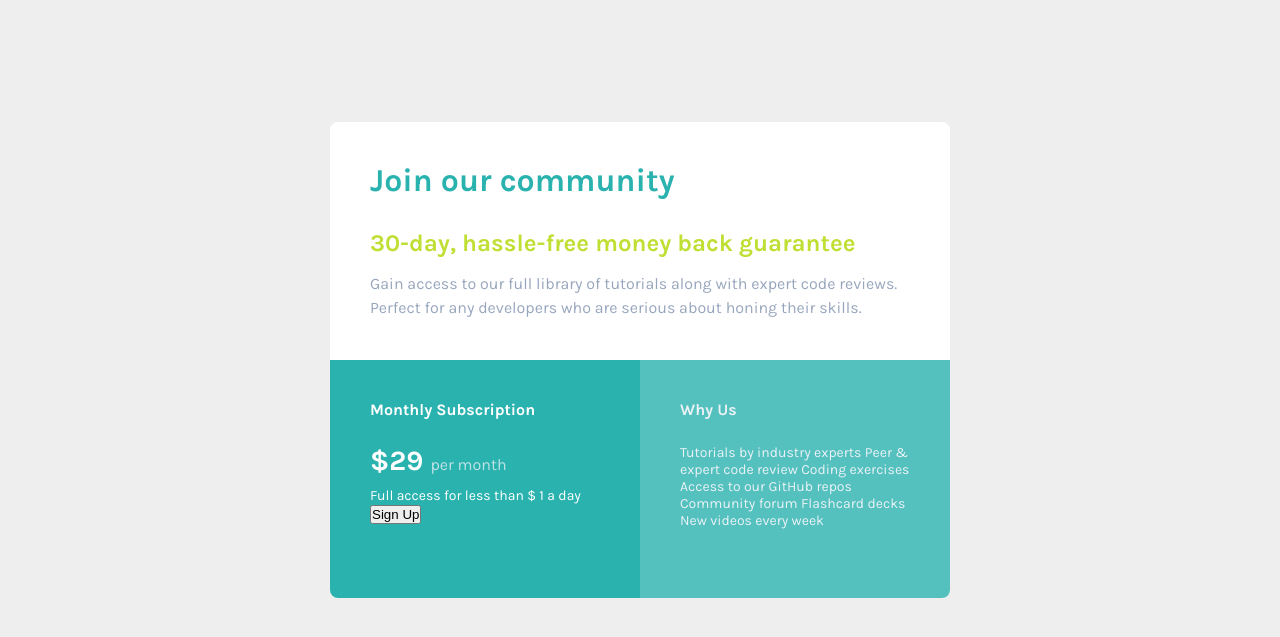
Repository: Akashiii1/WebSingleGrid_Day3
Page: index.html
These files come from the project's save history. The page is drawn as it stood at one moment and after the next save; the edit follows.
The browser window is 1280 px wide. The pictures show the whole page.

Above is the page before, as saved 2021-12-22 01:58:20.

### index.html
<!DOCTYPE html>
<html lang="en">
  <head>
    <meta charset="UTF-8" />
    <meta name="viewport" content="width=device-width, initial-scale=1.0" />
    <!-- displays site properly based on user's device -->

    <link
      rel="icon"
      type="image/png"
      sizes="32x32"
      href="./images/favicon-32x32.png"
    />

    <title>Frontend Mentor | Single Price Grid Component</title>

    <!-- Feel free to remove these styles or customise in your own stylesheet 👍 -->
    <link rel="stylesheet" href="style.css" />
    <style>
      .attribution {
        font-size: 11px;
        text-align: center;
      }
      .attribution a {
        color: hsl(228, 45%, 44%);
      }
    </style>
  </head>
  <body>
    <!-- Join our community

  30-day, hassle-free money back guarantee

  Gain access to our full library of tutorials along with expert code reviews.
  Perfect for any developers who are serious about honing their skills.

  Monthly Subscription

  &dollar;29 per month

  Full access for less than &dollar;1 a day

  Sign Up

  Why Us

  Tutorials by industry experts
  Peer &amp; expert code review
  Coding exercises
  Access to our GitHub repos
  Community forum
  Flashcard decks
  New videos every week -->
    <div class="wrapper">
      <div class="container">
        <div class="box item1">
          <h1>Join our community</h1>
          <h3>30-day, hassle-free money back guarantee</h3>
          <p>
            Gain access to our full library of tutorials along with expert code
            reviews. Perfect for any developers who are serious about honing
            their skills.
          </p>
        </div>
        <div class="box item2">
          <h4>Monthly Subscription</h4>
          <span>&dollar;29 <span class="light">per month</span> </span>
          <p>Full access for less than &dollar; 1 a day</p>
          <button class="btn">Sign Up</button>
        </div>
        <div class="box item3">
          <h4>Why Us</h4>
          <p>
            Tutorials by industry experts Peer &amp; expert code review Coding
            exercises Access to our GitHub repos Community forum Flashcard decks
            New videos every week
          </p>
        </div>
      </div>
    </div>
    <!-- <footer>
    <p class="attribution">
      Challenge by <a href="https://www.frontendmentor.io?ref=challenge" target="_blank">Frontend Mentor</a>.
      Coded by <a href="#">Your Name Here</a>.
    </p>
  </footer> -->
  </body>
</html>

### style.css

@import url('https://fonts.googleapis.com/css2?family=Karla:wght@400;700&display=swap');
:root{
  --Cyan: hsl(179, 62%, 43%);
 --BrightYellow: hsl(71, 73%, 54%);
 --LightGray: hsl(204, 43%, 93%);
 --GrayishBlue: hsl(218, 22%, 67%);
}
html {
box-sizing: border-box;
}
*{
margin: 0;
padding: 0;
}
*,*:before,*:after {
box-sizing: border-box;
}
input,
textarea,
select,
button{
outline: none;
}
input{
line-height: normal;
}
label,
button{
cursor: pointer;
}
a {
text-decoration: none;
}
img {
display: block;
max-width: 100%;
}
body{
  font-family: 'Karla', sans-serif;
  display: flex;
  justify-content: center;
  align-items: center;
  min-height: 100vh;
  background-color: #eee;
}
.wrapper{
  max-width: 620px;
  background-color: #fff;
  border-radius: 8px;
  overflow: hidden;
}
.container{
  display: grid;
  grid-template-columns:1fr 1fr;
  grid-template-rows: 1fr 1fr;
  grid-template-areas:"it1 it1"
                      "it2 it3";
}
.item1{
  grid-area: it1;
}
.item2{
  grid-area: it2;

}
.item3{
  grid-area: it3;
}
.box{
  padding: 40px;
}
.item1 h1{
  font-size: 32px;
  color:var(--Cyan) ;
  margin-bottom: 30px;
}
.item1 h3{
  color: var(--BrightYellow);
  font-size: 24px;
  margin-bottom: 15px;
}
.item1 p{
  color: var(--GrayishBlue);
  font-weight: 400;
  line-height: 1.5;

}
.item2 {
  background-color: var(--Cyan);
  color: #fff;
}
.item2 h4{
  margin-bottom: 25px;
}
.item2 span{
  font-size: 28px;
  font-weight: 600;

}
.item2 span .light{
  font-size: 16px;
  color: var(--LightGray);
  font-weight: lighter;
  opacity: .8;
}
.item2 p{
  margin-top: 10px;
  font-size: 14px;
}
.item3{
  background-color: var(--Cyan);
  opacity: .8;
  color: var(--LightGray);
}
.item3 h4{
  margin-bottom: 25px;
}
.item3 p{
  font-size: 14px;
  color: var(--LightGray);
}

After the next save:
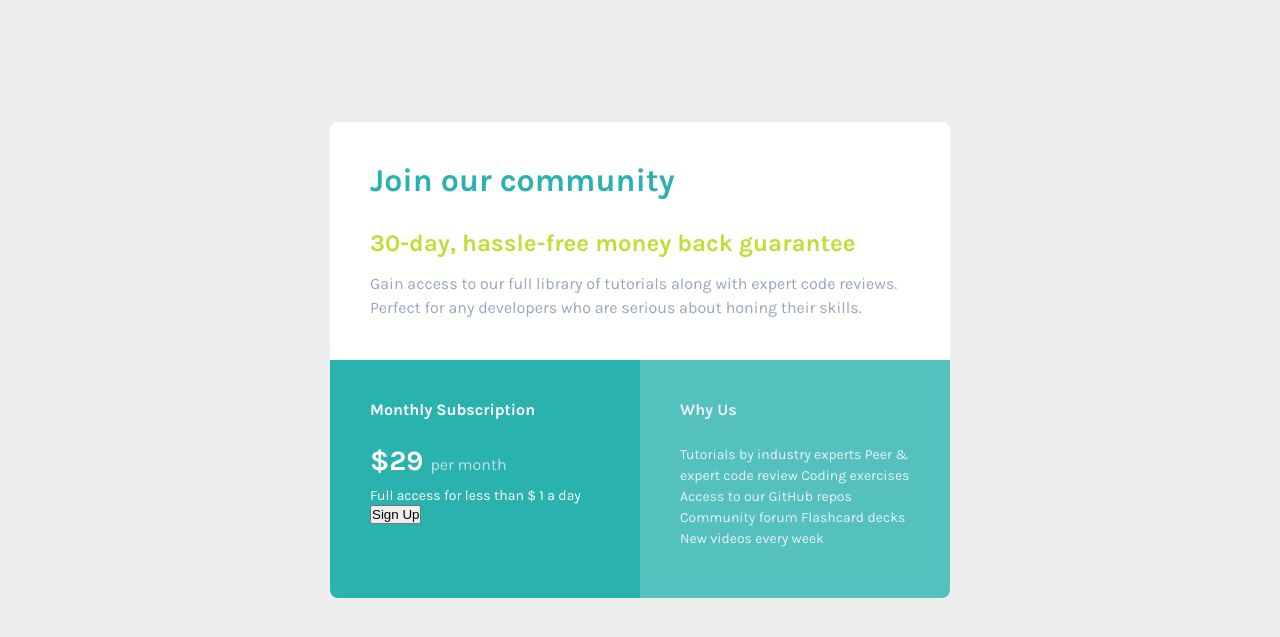
Saved 6 s later.
--- a/style.css
+++ b/style.css
@@ -119,4 +119,5 @@ body{
 .item3 p{
   font-size: 14px;
   color: var(--LightGray);
+  line-height: 1.5;
 }
